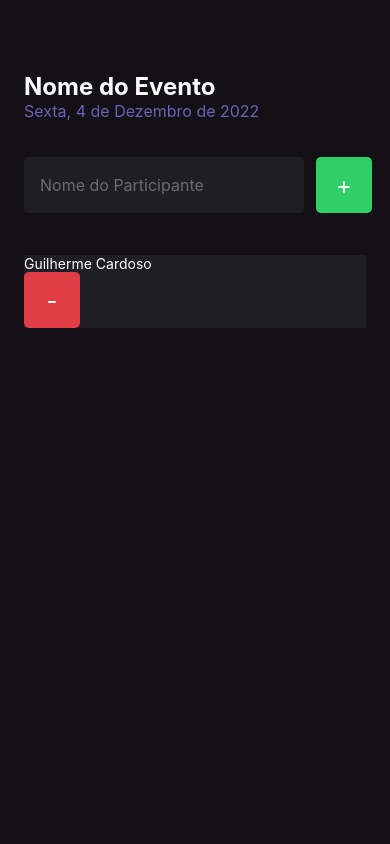
Repository: guilhermecardoso93/reactNative-ignite-imhere
Screen: /
The author's editor kept a copy of each file at every save. The screen is drawn from the files as they stood at one save, then again after the next save.
The app was drawn by React Native's web renderer in a window 390 px wide. The project was rebuilt for these pictures with package versions that can differ from the ones it lists, and the page was loaded fresh each time.

Above is the screen before, as saved 2022-10-02 20:16:45.

### App.tsx
import { Text, View, StyleSheet } from "react-native";
import Home from "./src/screens/Home";

export default function App() {
  return (
    <>
      <Home/>
    </>
  );
}

### src/screens/Home/index.tsx
import { Text, View, TextInput, TouchableOpacity } from "react-native";
import { Participant } from "../../components/Participant";

import { styles } from "./styles";

export default function Home() {
  function handleAddPArticipant() {
    console.log("ADD part");
  }

  return (
    <View style={styles.container}>
      <Text style={styles.eventName}>Nome do Evento</Text>
      <Text style={styles.eventDate}>Sexta, 4 de Dezembro de 2022</Text>
      <View style={styles.form}>
        <TextInput
          style={styles.eventInput}
          placeholder="Nome do Participante"
          placeholderTextColor="#6b6b6b"
        />
        <TouchableOpacity style={styles.button} onPress={handleAddPArticipant}>
          <Text style={styles.buttonText}>+</Text>
        </TouchableOpacity>
      </View>
      <Participant/>
    </View>
  );
}

### src/components/Participant/index.tsx
import { Text, TouchableOpacity, View } from "react-native";


import { styles } from "./styles";

export function Participant(){
function handleRemoveParticipant(){
  console.log('Remove')
}

  return (
    <View style={styles.container}>
      <Text style={styles.name}>Guilherme Cardoso</Text>
      <TouchableOpacity style={styles.button} onPress={handleRemoveParticipant}>
          <Text style={styles.buttonText}>-</Text>
        </TouchableOpacity>
    </View>
  )
}

### src/screens/Home/styles.ts
import { StyleSheet } from "react-native";

export const styles = StyleSheet.create({
  container: {
    flex: 1,
    padding: 24,
    backgroundColor: "#131016",
  },
  eventName: {
    color: "#fff",
    fontSize: 24,
    fontWeight: "bold",
    marginTop: 48,
  },
  eventDate: {
    color: "#6b62b6",
    fontSize: 16,
  },

  eventInput: {
    backgroundColor: "#1f1e25",
    color: "#FFF",
    height: 56,
    flex: 1,
    borderRadius: 5,
    padding: 16,
    fontSize: 16,
    marginRight: 12,
  },

  button: {
    width: 56,
    height: 56,
    borderRadius: 5,
    backgroundColor: "#31cf67",
    alignItems: "center",
    justifyContent: "center",
  },
  buttonText: {
    color: "#FFF",
    fontSize: 24,
  },
  form: {
    width: "100%",
    flexDirection: "row",
    marginTop: 36,
    marginBottom: 42,
  },
});

### src/components/Participant/styles.ts
import { StyleSheet } from "react-native";

export const styles = StyleSheet.create({
  container: {
    width: "100%",
    backgroundColor: "#1f1e25",
  },
  name: {
    color: "#fff",
  },
  button: {
    width: 56,
    height: 56,
    borderRadius: 5,
    backgroundColor: "#e23c44",
    alignItems: "center",
    justifyContent: "center",
  },
  buttonText: {
    color: "#FFF",
    fontSize: 24,
  },
});

After the next save:
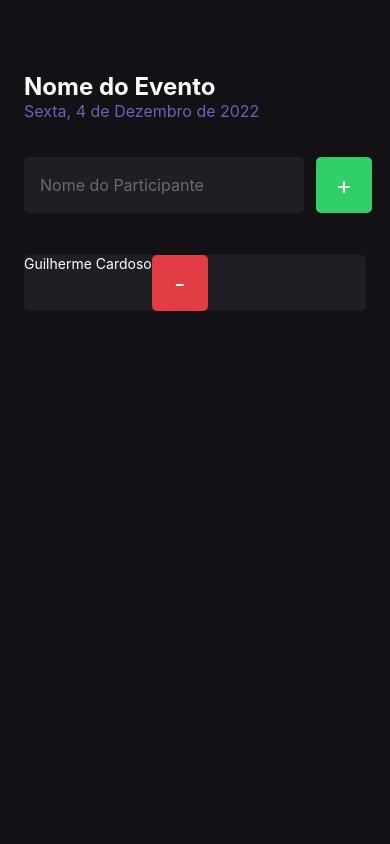
Saved 30 s later.
--- a/src/components/Participant/styles.ts
+++ b/src/components/Participant/styles.ts
@@ -4,6 +4,8 @@ export const styles = StyleSheet.create({
   container: {
     width: "100%",
     backgroundColor: "#1f1e25",
+    borderRadius: 5,
+    flexDirection: "row"
   },
   name: {
     color: "#fff",
